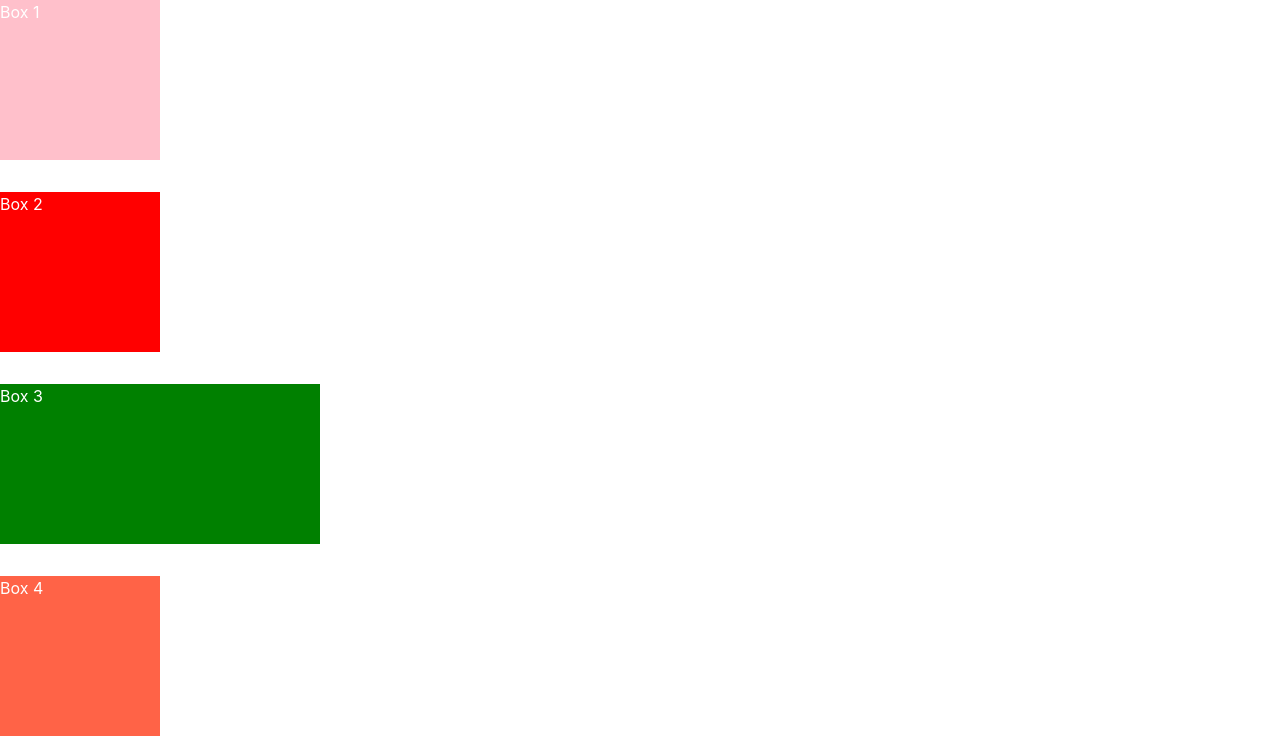
Repository: noutijo/learn-in-depth-chakra-ui
Page: /
These files come from the project's save history. The page is drawn as it stood at one moment and after a run of saves; the edit follows.
The browser window is 1280 px wide. The pictures show the whole page.
The project was rebuilt for these pictures with package versions that can differ from the ones it lists, and the page was loaded fresh each time. Also part of the build but not shown: vite.config.ts.

Above is the page before, as saved 2023-01-30 13:51:03.

### src/main.tsx
import React from 'react'
import ReactDOM from 'react-dom/client'
import App from './App'
import { ChakraProvider } from "@chakra-ui/react"

ReactDOM.createRoot(document.getElementById('root') as HTMLElement).render(
  <ChakraProvider>
  <React.StrictMode>
    <App />
  </React.StrictMode>
  </ChakraProvider>,
)

### src/App.tsx
//import './App.css'
import { Box, Flex, Stack, VStack, HStack } from "@chakra-ui/react";

function App() {
  return (
    <div className="App">
      <Stack spacing="2rem">
        <Box bg="pink" w="10rem" h="10rem" color="white">
          Box 1
        </Box>
        <Box bg="red" w="10rem" h="10rem" color="white">
          Box 2
        </Box>
        <Box bg="green" w="20rem" h="10rem" color="white">
          Box 3
        </Box>
        <Box bg="tomato" w="10rem" h="10rem" color="white">
          Box 4
        </Box>
      </Stack>
    </div>
  );
}

export default App;

Loaded but not shown: index.html (common file)

After the next 2 saves:
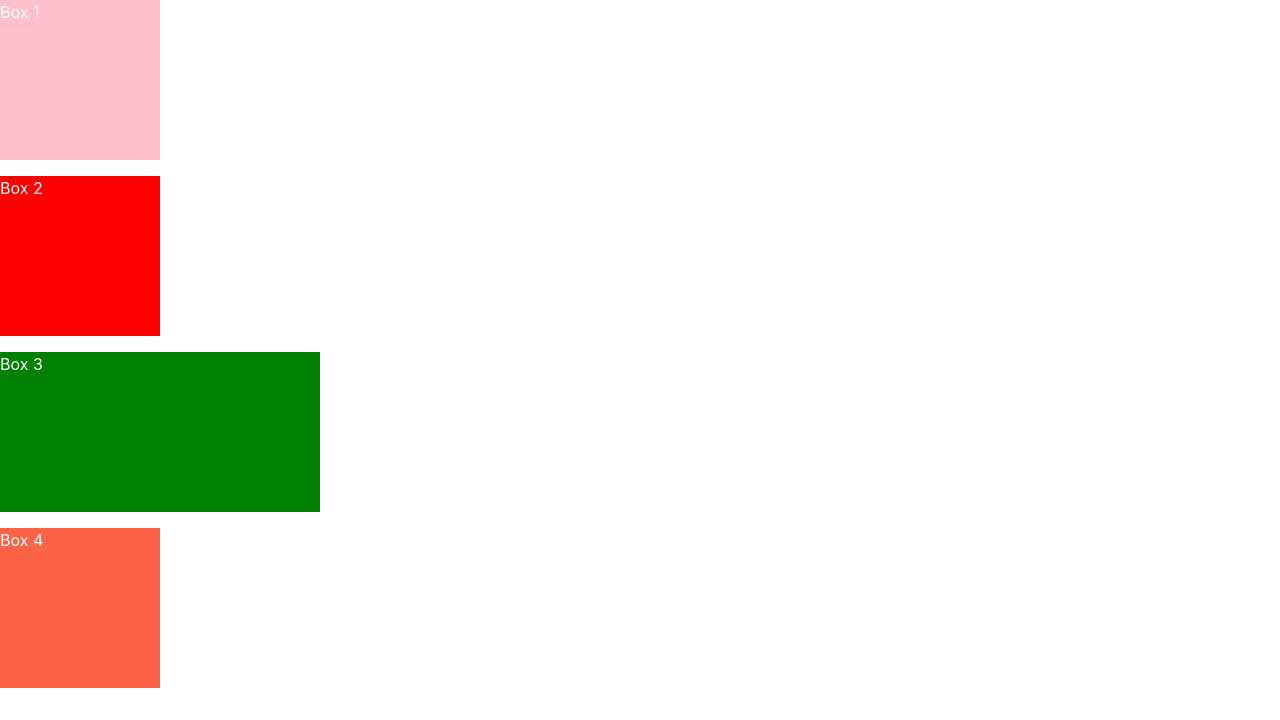
The 2 saves are shown as one change because they came seconds apart.
The last was saved 14 s later.
--- a/src/App.tsx
+++ b/src/App.tsx
@@ -4,7 +4,7 @@ import { Box, Flex, Stack, VStack, HStack } from "@chakra-ui/react";
 function App() {
   return (
     <div className="App">
-      <Stack spacing="2rem">
+      <Stack spacing="1rem">
         <Box bg="pink" w="10rem" h="10rem" color="white">
           Box 1
         </Box>
